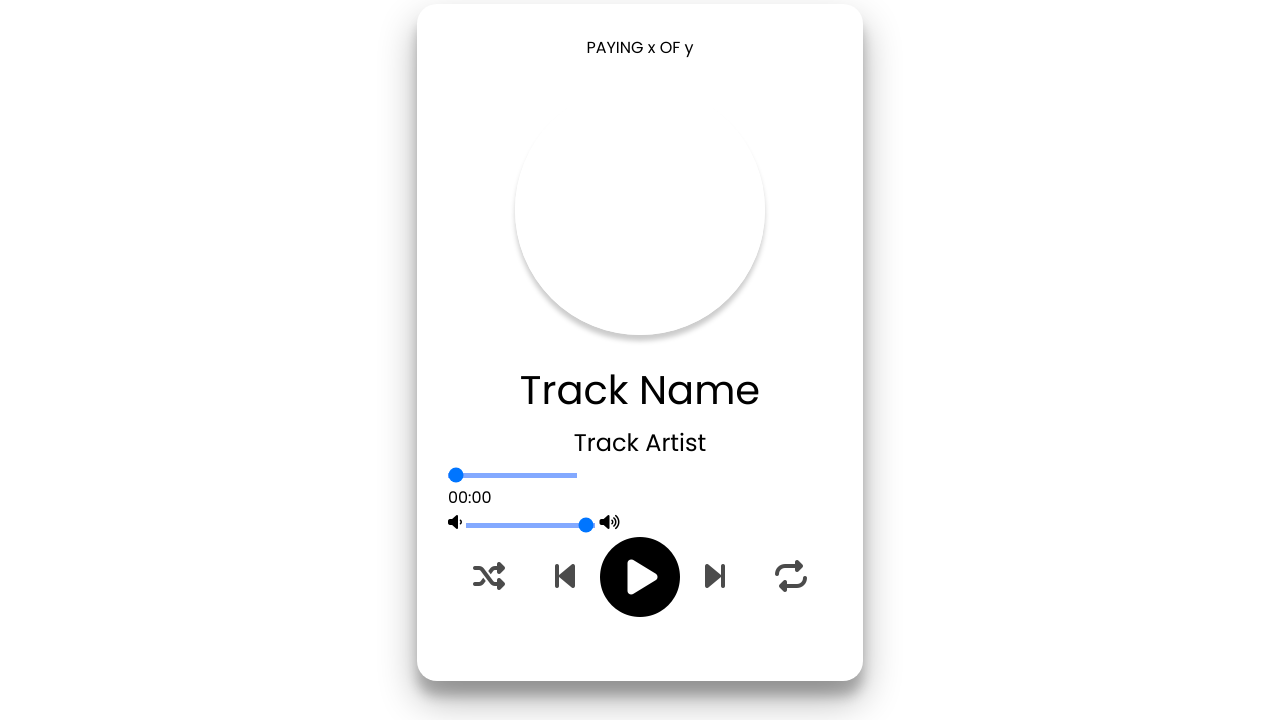
Repository: NguyenVietPhuQuy/Javascript-AudioPlayer
Page: index.html
An editor plug-in stored every save of this project. The page is shown before and after the next save, followed by the edit.
The browser window is 1280 px wide. The pictures show the whole page.

Above is the page before, as saved 2022-11-09 08:42:02.

After the next save:
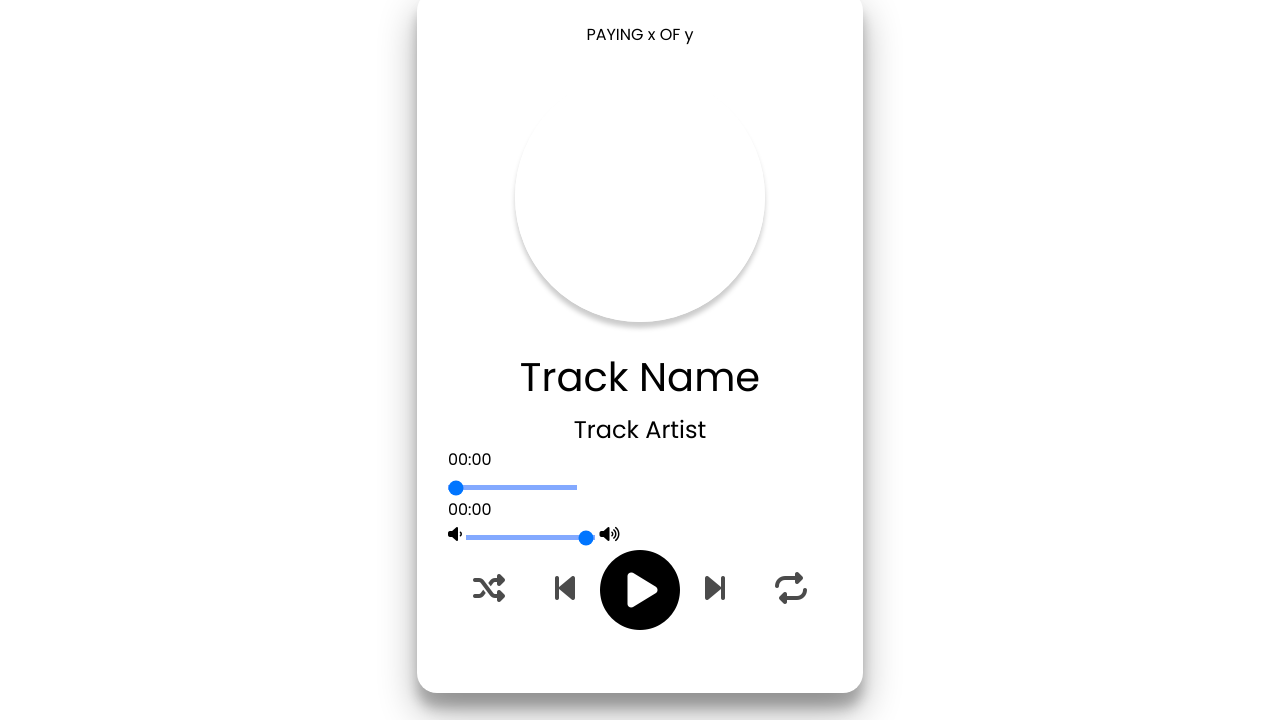
Saved 58 s later.
--- a/index.html
+++ b/index.html
@@ -21,7 +21,7 @@
             </div>
 
             <div class="slider_container">
-                <div class="current-time"></div>
+                <div class="current-time">00:00</div>
                 <input type="range" min="1" max="100" value="0"
                 class="seek_slider" onchange="seekTo()">
                 <div class="total-duration">00:00</div>
